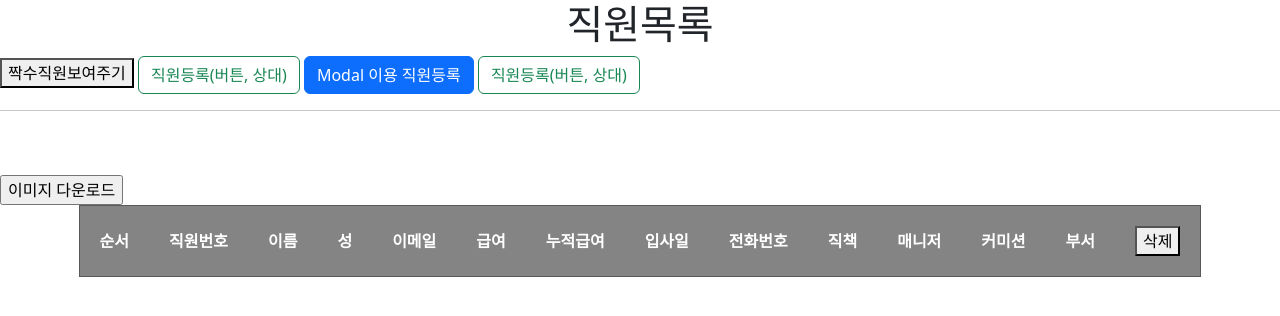
Repository: leessol/spring1
Page: http://localhost/springMVCProject/WEB-INF/views/emp/empSelect.jsp
These files come from the project's save history. The page is drawn as it stood at one moment and after the next save; the edit follows.
The browser window is 1280 px wide. The pictures show the whole page.
The page is served by Tomcat 9. Nobody is signed in. Other server files are loaded and not shown. The template is opened directly, without the code that normally fills it, so the values that code supplies are empty.

Above is the page before, as saved 2023-05-08 03:25:38.

### springMVCProject/src/main/webapp/WEB-INF/views/emp/empSelect.jsp

<%@page import="com.shinhan.vo.EmpVO"%>
<%@page import="java.util.List"%>
<%@ page language="java" contentType="text/html; charset=UTF-8"
	pageEncoding="UTF-8"%>
<%@ taglib prefix="c" uri="http://java.sun.com/jsp/jstl/core"%>
<c:set var="path" value="${pageContext.request.contextPath }" />
<%@ taglib prefix="fmt" uri="http://java.sun.com/jsp/jstl/fmt"%>

<!-- 문자열 함수 라이브러리 사용하기 -->
<%@ taglib prefix="fn" uri="http://java.sun.com/jsp/jstl/functions"%>
<%
//자바를 다 없애야하는데 view에서 아래의 문법은 어쩔 수 없다.
//형변환 해야한다. 왜냐면 오르쪽은 그냥 object 타입이어서. (object(부모)에서 자식으로 강제 형변환)
//view이다 자바를 하면 안된다. --> 원래는 html만 있어야 한다.
//MVC1모델 servlet(controller)가 view를 안 거치고 바로 client에 뿌려주는 것이다. 이렇게 하면 안됨.
//List<EmpVO> empList = (List<EmpVO>) request.getAttribute("empAll");//request.setAttribute("empAll", emplist); 서블릿 페이지에서 세팅을 한것을 받는 것이다.
%>
<!DOCTYPE html>
<html>
<head>
<meta charset="UTF-8">
<title>Insert title here</title>

<%@ include file="../common/commonfiles.jsp"%>
<style>
#container {

}

table {
	border: 1px solid #585858;
	margin: 0 auto;
}

h1 {
	font-size: 20;
	text-align: center;
}

th, td {
	padding: 20px;
	text-align: center;
}

th {
	color: white;
}

td {
	background-color: #F2F2F2;
}

tr th {
	background-color: #848484;
}
</style>

<script>
	$(function() {
		$(".btnDel").on("click", function() {
			console.log("Sss");
			location.href = "${path}/emp/empDelete.do?empid=" + $(this).attr("data-del"); //get 방식
		});
	});

	$(function() {
		$("thead tr th").click(function(e) {
			//내가 클릭한 th가 몇번째인가?
			var trNum = $(this).closest("th").prevAll().length;
			console.log(trNum);
			var a = $("tbody tr").each(function(index, item) {
				var col = $(item).find("td:nth-child(" + (trNum + 1) + ")");
				console.dir(col);
				//되돌리기(기존선택을 clear)
				$(item).find("td").css("background-color", "white");
				//신규선택의 색깔 바꾸기
				$(col).css("background-color", "orange");
			});
		});
	});

	$(function() {
		$("#my1").click(
				function() {
					$("tbody").each(
							function(index, item) {
								//$(item).css("background-color", "red");
								$(item).find("tr:nth-child(2n+1)").css(
										"background-color", "green");
								//$(item).find("td").css("background-color", "green");
							});

				});

		//#container > table > tbody > tr:nth-child(1) > td:nth-child(2)
	});
</script>
</head>
<body>
	<div id="container">
		<h1>직원목록</h1>
		<!-- include 지시자: 합쳐서 컴파일한다. include 디렉티브는 소스를 합쳐서 컴파일한다.  -->
		<%-- <%@ include file="../common/header.jsp" %> --%>
		<!-- include action tag 이용: 컴파일하고 합침 -->

		<button id="my1">짝수직원보여주기</button>
		<button onclick="location.href='${path}/emp/empinsert.do'"
			type="button" class="btn btn-outline-success">직원등록(버튼, 상대)</button>
		<button type="button" class="btn btn-primary" data-bs-toggle="modal"
			data-bs-target="#exampleModal" data-bs-whatever="@mdo">Modal
			이용 직원등록</button>
		<button onclick="location.href='${path}/emp/empinsert.do'"
			type="button" class="btn btn-outline-success">직원등록(버튼, 상대)</button>

		<hr>

		<form method="post" action="${path }/downloadTest/result.jsp">
			<!-- 이름이 가는 것이다.  -->
			<input type=hidden name="param1" value="watch.jpg" /> <br> <input
				type=hidden name="param2" value="umbrella.jpg" /> <br> <input
				type="submit" value="이미지 다운로드">
		</form>


		<table>
			<thead>
				<tr>
					<th>순서</th>
					<th>직원번호</th>
					<th>이름</th>
					<th>성</th>
					<th>이메일</th>
					<th>급여</th>
					<th>누적급여</th>
					<th>입사일</th>
					<th>전화번호</th>
					<th>직책</th>
					<th>매니저</th>
					<th>커미션</th>
					<th>부서</th>
					<th><button>삭제</button></th>
				</tr>
			</thead>
			<tbody>
				<!--
						<향상된 forEach>
						--for(EmpVO emp: empAll) //이것이랑 같은 의미
				-->
				<c:set var="totalSalary" value="0"></c:set>
				<c:forEach items="${empAll}" var="emp" varStatus="status">
					<c:set var="totalSalary" value="${totalSalary+emp.salary}"></c:set>
					<tr>
						<td
							style="background-color:${status.first||status.last?'orange':'pink'};">${status.count}</td>
						<td><a
							href="${path}/emp/empDetail.do?empid=${emp.employee_id}">${emp.employee_id}</a></td>
						<td><a
							style="color:${fn:length(emp.first_name)>3?'red':'blue'};"
							href="${path}/emp/empDetail.do?empid=${emp.employee_id}">${emp.first_name}</a></td>
						<td>${emp.last_name}</td>
						<td>${emp.email}${fn:substring(emp.email,0,3)}**
							${fn:indexOf(emp.email,"@")}**
							${fn:indexOf(emp.email,"@")>=0?fn:substring(emp.email,0,3):emp.email}
							<%-- ${fn:substring(emp.email,0,${fn:emp.email.indexOf("@")>0?emp.email.indexOf("@"):emp.email.length()})} --%>
						</td>
						<td>${totalSalary}</td>
						<td><fmt:formatNumber value="${emp.salary}"
								groupingUsed="true"></fmt:formatNumber></td>
						<td><fmt:formatDate value="${emp.hire_date}"
								pattern="yyyy/MM/dd" /></td>

						<td>${emp.phone_number}</td>
						<td>${emp.job_id}</td>
						<td>${emp.manager_id}</td>
						<td>${emp.commission_pct}</td>
						<td><fmt:formatNumber type="percent"
								value="${emp.commission_pct}"></fmt:formatNumber></td>
						<td>${emp.department_id}</td>
						<td><button class="btnDel" data-del="${emp.employee_id}">삭제</button></td>
					</tr>

				</c:forEach>


				<%-- <%
				for (EmpVO emp : empList) {
				%>
				<tr>
					<td><a href="empDetail.do?empid=<%=emp.getEmployee_id()%>"><%=emp.getEmployee_id()%></a></td>
					<td><a href="empDetail.do?empid=<%=emp.getEmployee_id()%>"><%=emp.getFirst_name()%></a></td>
					<td><%=emp.getLast_name()%></td>
					<td><%=emp.getEmail()%></td>
					<td><%=emp.getSalary()%></td>
					<td><%=emp.getHire_date()%></td>
					<td><%=emp.getPhone_number()%></td>
					<td><%=emp.getJob_id()%></td>
					<td><%=emp.getManager_id()%></td>
					<td><%=emp.getCommission_pct()%></td>
					<td><%=emp.getDepartment_id()%></td>
					<td><button class="btnDel" data-del="<%=emp.getEmployee_id()%>">삭제</button></td>

				</tr>
				<%
				}
				%> --%>
			</tbody>
		</table>
	</div>
</body>
</html>

### springMVCProject/src/main/webapp/WEB-INF/views/common/commonfiles.jsp
<%@ page language="java" contentType="text/html; charset=UTF-8"
    pageEncoding="UTF-8"%>
<meta name="viewport" content="width=device-width, initial-scale=1">
<link
href="https://cdn.jsdelivr.net/npm/bootstrap@5.2.3/dist/css/bootstrap.min.css"
rel="stylesheet">
<script
src="https://cdn.jsdelivr.net/npm/bootstrap@5.2.3/dist/js/bootstrap.bundle.min.js"></script>
<script src="https://ajax.googleapis.com/ajax/libs/jquery/3.6.3/jquery.min.js"></script>

After the next save:
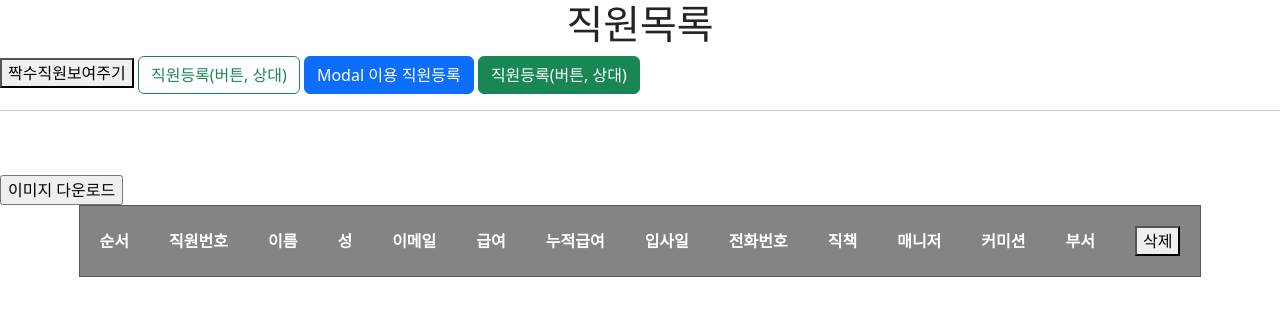
Saved 18 s later.
--- a/springMVCProject/src/main/webapp/WEB-INF/views/emp/empSelect.jsp
+++ b/springMVCProject/src/main/webapp/WEB-INF/views/emp/empSelect.jsp
@@ -111,7 +111,7 @@ tr th {
 			data-bs-target="#exampleModal" data-bs-whatever="@mdo">Modal
 			이용 직원등록</button>
 		<button onclick="location.href='${path}/emp/empinsert.do'"
-			type="button" class="btn btn-outline-success">직원등록(버튼, 상대)</button>
+			type="button" class="btn btn-success">직원등록(버튼, 상대)</button>
 
 		<hr>
 
